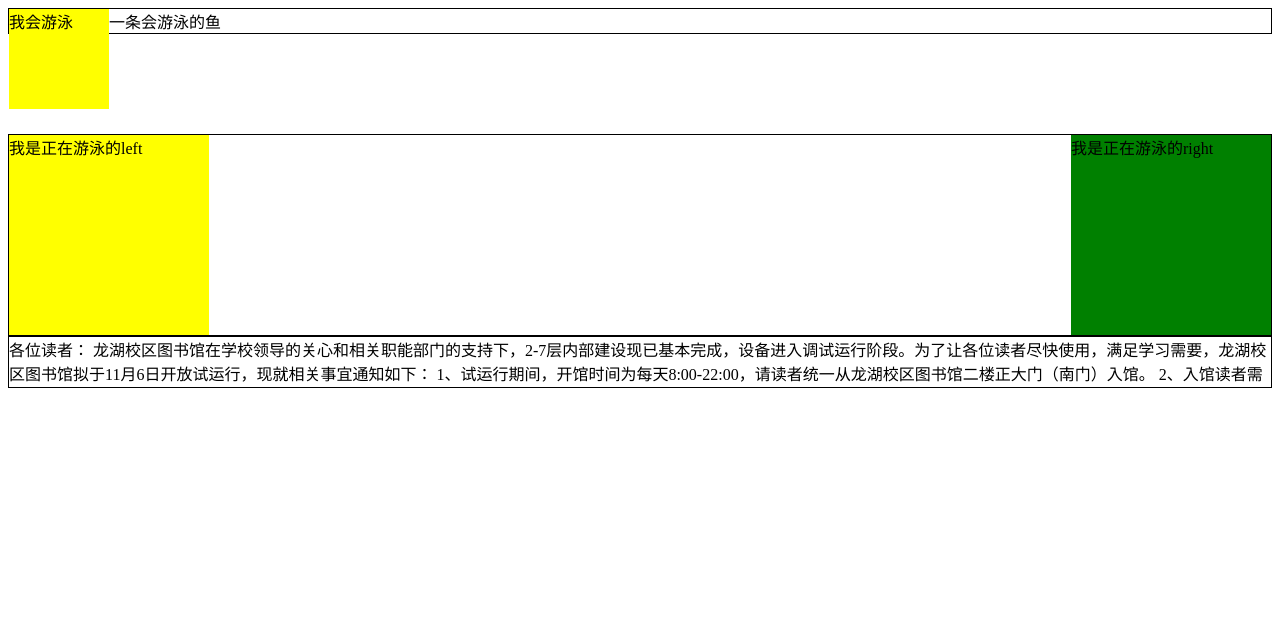
Repository: nanvon/front-end_byhuawei
Page: CSS浮动.html
An editor plug-in stored every save of this project. The page is shown before and after a run of saves, followed by the edit.
The browser window is 1280 px wide. The pictures show the whole page.

Above is the page before, as saved 2020-12-09 21:25:45.

### CSS浮动.html
<!DOCTYPE html>
<html lang="en">

<head>
    <meta charset="UTF-8">
    <meta name="viewport" content="width=device-width, initial-scale=1.0">
    <title>CSS浮动</title>
    <style>
        .box {
            border: 1px solid black;
            margin-bottom: 100px;
        }

        .swim {
            width: 100px;
            height: 100px;
            background: yellow;
            /* float: right; */
            float: left;
        }
        .box1{
            border: 1px solid black;
            overflow: hidden;
        }
        .left{
            width: 200px;
            height: 200px;
            background: yellow;
            float: left;
        }
        .right{
            width: 200px;
            height: 200px;
            background: green;
            float: right;
        }
        .clear{
            /* clear: both; */
        }
        .box2{
            border: 1px solid black;
            height: 50px;
            overflow: scroll;
        }
    </style>
</head>

<body>
    <div class="box">一条会游泳的鱼
        <div class="swim">我会游泳</div>
    </div>

    <div class="box1">
        <div class="left">我是正在游泳的left</div>
        <div class="right">我是正在游泳的right</div>
        <div class="clear"></div>

    </div>
    <div class="box2">各位读者：

        龙湖校区图书馆在学校领导的关心和相关职能部门的支持下，2-7层内部建设现已基本完成，设备进入调试运行阶段。为了让各位读者尽快使用，满足学习需要，龙湖校区图书馆拟于11月6日开放试运行，现就相关事宜通知如下：

        1、试运行期间，开馆时间为每天8:00-22:00，请读者统一从龙湖校区图书馆二楼正大门（南门）入馆。

        2、入馆读者需持本人一卡通刷卡入馆。

        3、先期开放2层大厅、3层自修室、3层期刊室、4层新书库供读者自修、阅读。5-7层各书库还在紧张建设中，暂时不开展图书借还业务。

        4、新馆试运行期间，有问题请及时向二层服务台值班老师咨询。

        龙湖校区图书馆将尽最大努力实现早日正常开放，待工作全部完成后，一个全开放、环境舒适、人性化的学习空间将提供在广大读者。

        希望广大读者给予的理解、支持和配合，同时欢迎广大读者对试运行提出宝贵意见和建议。

        图书馆

        2020年11月3日</div>


        <div class=""></div>
</body>

</html>

After the next 2 saves:
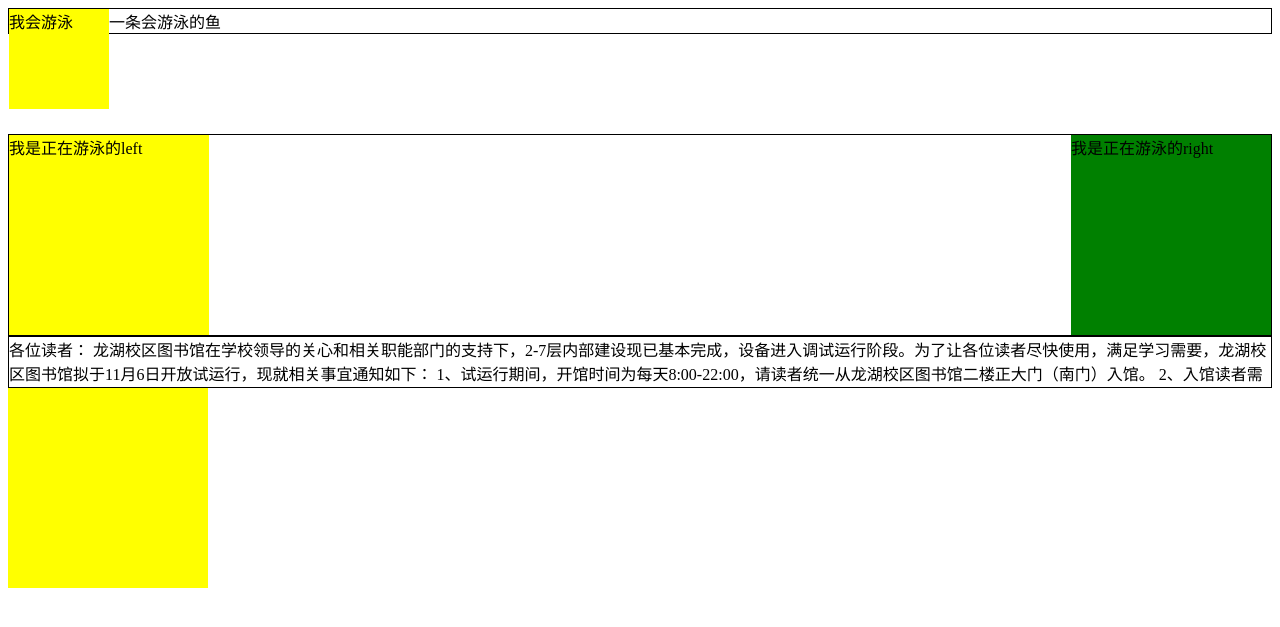
The 2 saves are shown as one change because they came seconds apart.
The last was saved 7 s later.
--- a/CSS浮动.html
+++ b/CSS浮动.html
@@ -77,7 +77,7 @@
         2020年11月3日</div>
 
 
-        <div class=""></div>
+        <div class="left"></div>
 </body>
 
 </html>

After the 3 saves that followed:
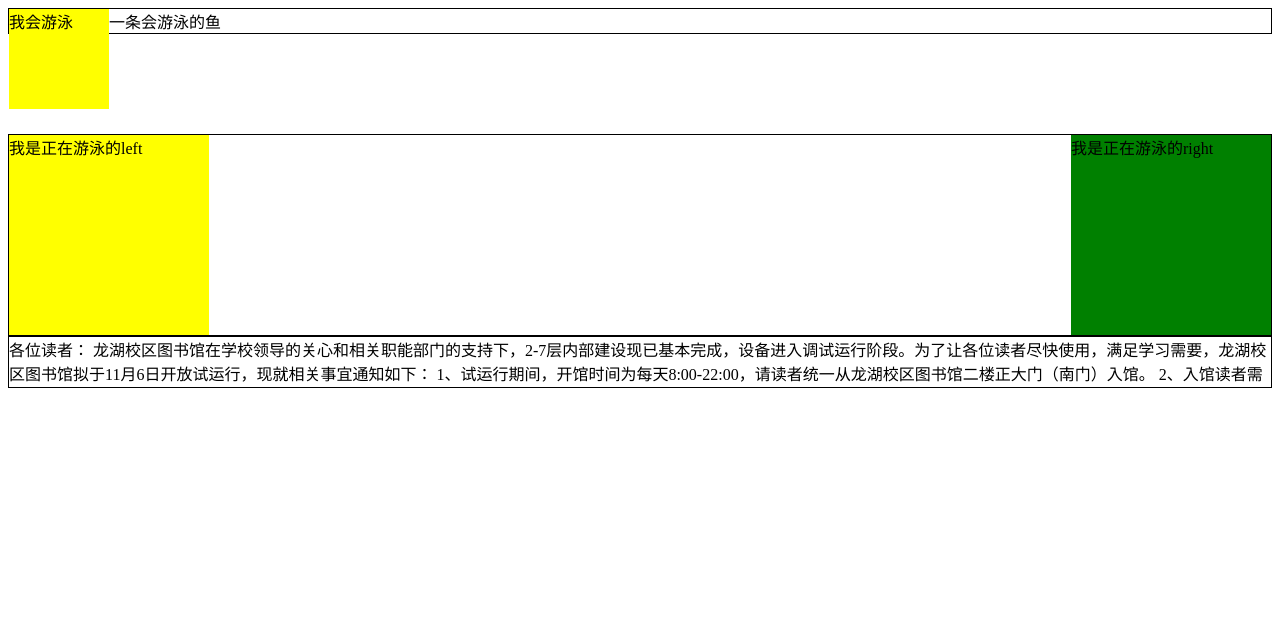
The 3 saves are shown as one change because they came seconds apart.
The last was saved 9 s later.
--- a/CSS浮动.html
+++ b/CSS浮动.html
@@ -77,7 +77,7 @@
         2020年11月3日</div>
 
 
-        <div class="left"></div>
+
 </body>
 
 </html>
